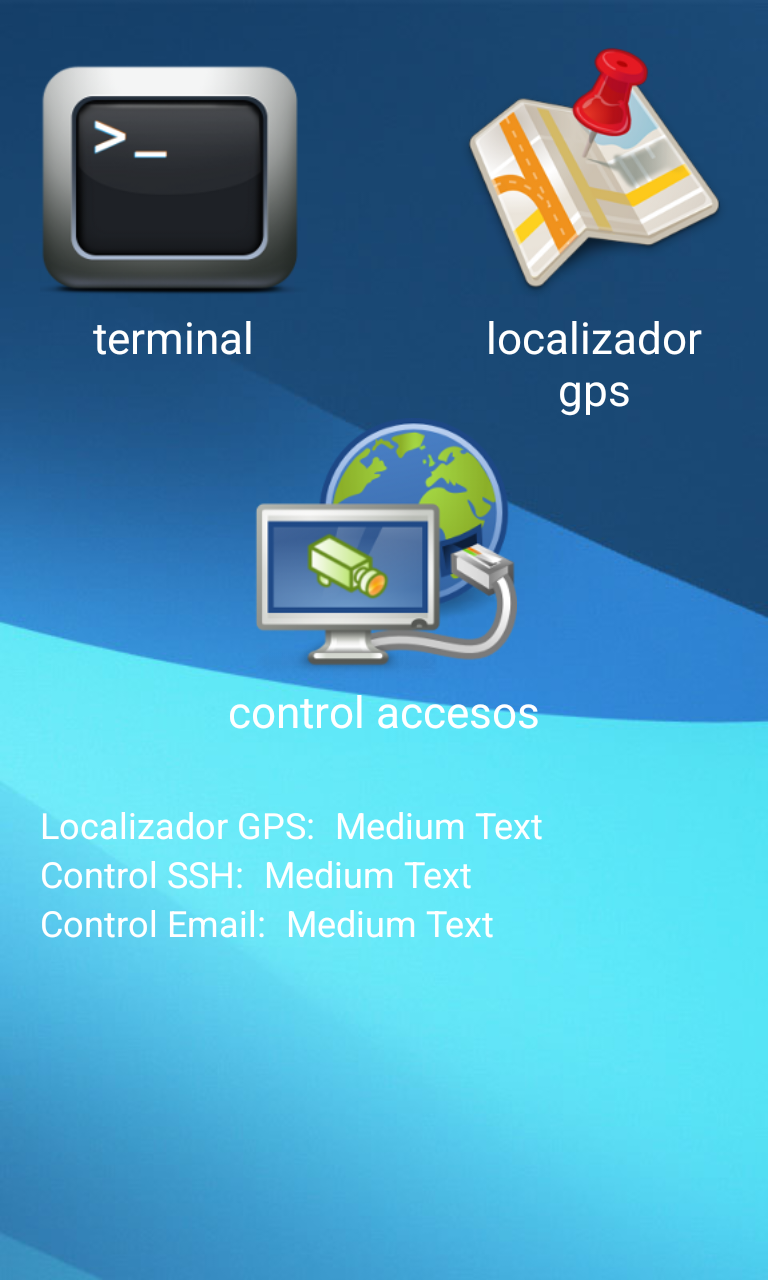
Repository: jonatansantos/Android-Server-Status
Layout: desarrollo/Principal/res/layout/main.xml
The author's editor kept a copy of each file at every save. The layout is drawn from the files as they stood at one save, then again after the next save.
It is drawn on a 768 x 1280 px phone screen (xhdpi) without system bars, with theme android:Theme; the app's code is not run.

Above is the layout before, as saved 2012-06-01 12:18:09.

### desarrollo/Principal/res/layout/main.xml
<?xml version="1.0" encoding="utf-8"?>
<RelativeLayout xmlns:android="http://schemas.android.com/apk/res/android"
    android:id="@+id/RelativeLayout1"
    android:layout_width="fill_parent"
    android:layout_height="fill_parent"
    android:background="@drawable/fondo"
    android:padding="20dp" >

    <Button
        android:id="@+id/bt_menu_terminal"
        android:layout_width="wrap_content"
        android:layout_height="wrap_content"
        android:background="@drawable/ic_terminal"
        android:text="@string/vacia" />

    <TextView
        android:id="@+id/tv_menu_terminal"
        android:layout_width="wrap_content"
        android:layout_height="wrap_content"
        android:layout_alignLeft="@+id/bt_menu_terminal"
        android:layout_alignRight="@+id/bt_menu_terminal"
        android:layout_below="@+id/bt_menu_terminal"
        android:gravity="center"
        android:text="@string/terminal"
        android:textAppearance="?android:attr/textAppearanceLarge" />

    <Button
        android:id="@+id/bt_menu_gps"
        android:layout_width="wrap_content"
        android:layout_height="wrap_content"
        android:layout_alignBaseline="@+id/bt_menu_terminal"
        android:layout_alignBottom="@+id/bt_menu_terminal"
        android:layout_alignParentRight="true"
        android:background="@drawable/ic_gps"
        android:text="@string/vacia" />

    <TextView
        android:id="@+id/tv_menu_gps"
        android:layout_width="wrap_content"
        android:layout_height="wrap_content"
        android:layout_alignLeft="@+id/bt_menu_gps"
        android:layout_alignRight="@+id/bt_menu_gps"
        android:layout_below="@+id/bt_menu_gps"
        android:gravity="center"
        android:text="@string/localizadorgps"
        android:textAppearance="?android:attr/textAppearanceLarge" />

    <Button
        android:id="@+id/bt_menu_servidor"
        android:layout_width="wrap_content"
        android:layout_height="wrap_content"
        android:layout_below="@+id/tv_menu_gps"
        android:layout_centerHorizontal="true"
        android:background="@drawable/ic_servidor"
        android:text="@string/vacia" />

    <TextView
        android:id="@+id/tv_menu_servidor"
        android:layout_width="wrap_content"
        android:layout_height="wrap_content"
        android:layout_below="@+id/bt_menu_servidor"
        android:layout_centerHorizontal="true"
        android:text="@string/control"
        android:textAppearance="?android:attr/textAppearanceLarge" />

    <TextView
        android:id="@+id/textView1"
        android:layout_width="wrap_content"
        android:layout_height="wrap_content"
        android:layout_alignParentLeft="true"
        android:layout_below="@+id/tv_menu_servidor"
        android:layout_marginTop="30dp"
        android:text="Localizador GPS:"
        android:textAppearance="?android:attr/textAppearanceMedium" />

    <TextView
        android:id="@+id/textView2"
        android:layout_width="wrap_content"
        android:layout_height="wrap_content"
        android:layout_below="@+id/textView1"
        android:text="Control SSH:"
        android:textAppearance="?android:attr/textAppearanceMedium" />

    <TextView
        android:id="@+id/textView3"
        android:layout_width="wrap_content"
        android:layout_height="wrap_content"
        android:layout_alignLeft="@+id/textView1"
        android:layout_below="@+id/textView2"
        android:text="Control Email:"
        android:textAppearance="?android:attr/textAppearanceMedium" />



    <TextView
        android:id="@+id/tv_estado_gps"
        android:layout_width="wrap_content"
        android:layout_height="wrap_content"
        android:layout_alignBottom="@+id/textView1"
        android:layout_marginLeft="10dp"
        android:layout_toRightOf="@+id/textView1"
        android:text="Medium Text"
        android:textAppearance="?android:attr/textAppearanceMedium" />



    <TextView
        android:id="@+id/tv_estado_ssh"
        android:layout_width="wrap_content"
        android:layout_height="wrap_content"
        android:layout_above="@+id/textView3"
        android:layout_marginLeft="10dp"
        android:layout_toRightOf="@+id/textView2"
        android:text="Medium Text"
        android:textAppearance="?android:attr/textAppearanceMedium" />



    <TextView
        android:id="@+id/tv_estado_email"
        android:layout_width="wrap_content"
        android:layout_height="wrap_content"
        android:layout_alignBaseline="@+id/textView3"
        android:layout_alignBottom="@+id/textView3"
        android:layout_marginLeft="10dp"
        android:layout_toRightOf="@+id/textView3"
        android:text="Medium Text"
        android:textAppearance="?android:attr/textAppearanceMedium" />

</RelativeLayout>

### desarrollo/Principal/res/values/strings.xml
<?xml version="1.0" encoding="utf-8"?>
<resources>

    <string name="hello">Hello World, PrototipoGUIActivity!</string>
    <string name="app_name">PrototipoGUI</string>
    <string name="vacia"></string>
    <string name="terminal">terminal</string>
    <string name="gps">gps</string>
    <string name="localizadorgps">localizador gps</string>
    <string name="control">control accesos</string>

</resources>

After the next save:
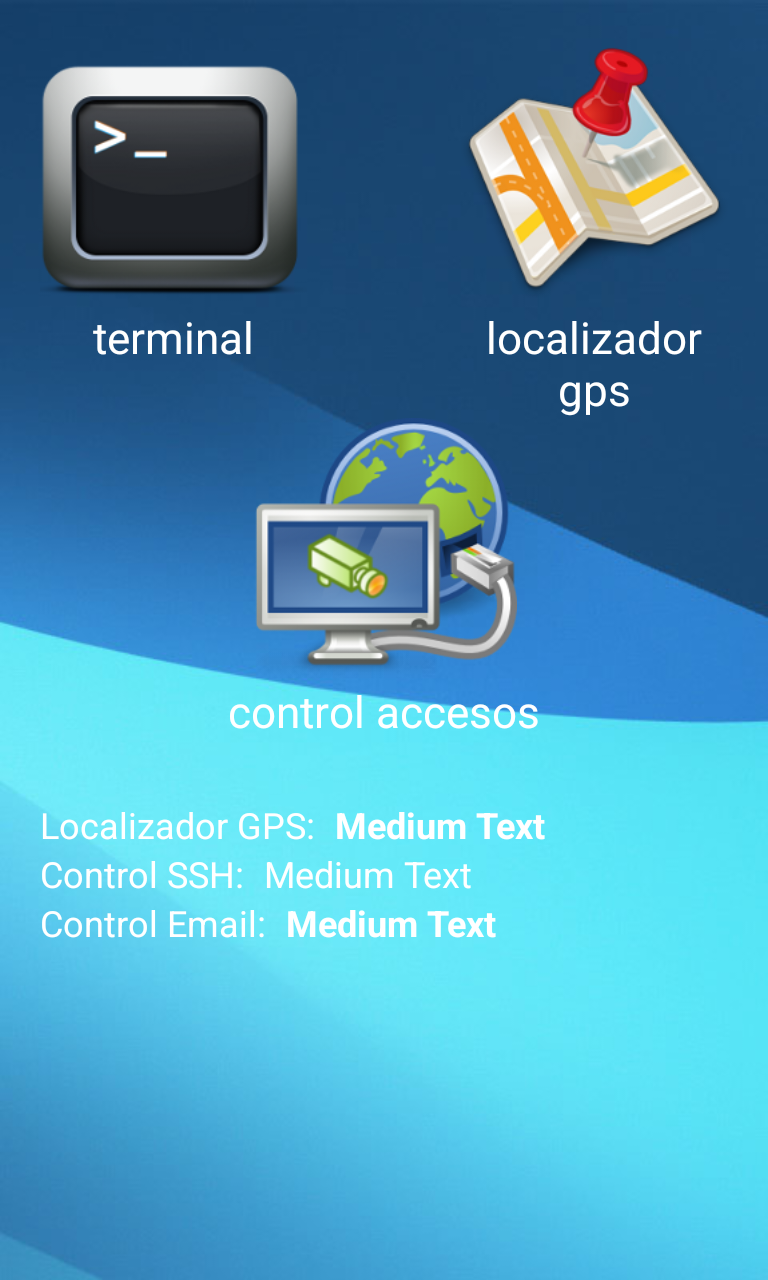
Saved 46 s later.
--- a/desarrollo/Principal/res/layout/main.xml
+++ b/desarrollo/Principal/res/layout/main.xml
@@ -94,6 +94,7 @@
 
     <TextView
         android:id="@+id/tv_estado_gps"
+        android:textStyle="bold"
         android:layout_width="wrap_content"
         android:layout_height="wrap_content"
         android:layout_alignBottom="@+id/textView1"
@@ -118,6 +119,7 @@
 
     <TextView
         android:id="@+id/tv_estado_email"
+          android:textStyle="bold"
         android:layout_width="wrap_content"
         android:layout_height="wrap_content"
         android:layout_alignBaseline="@+id/textView3"
